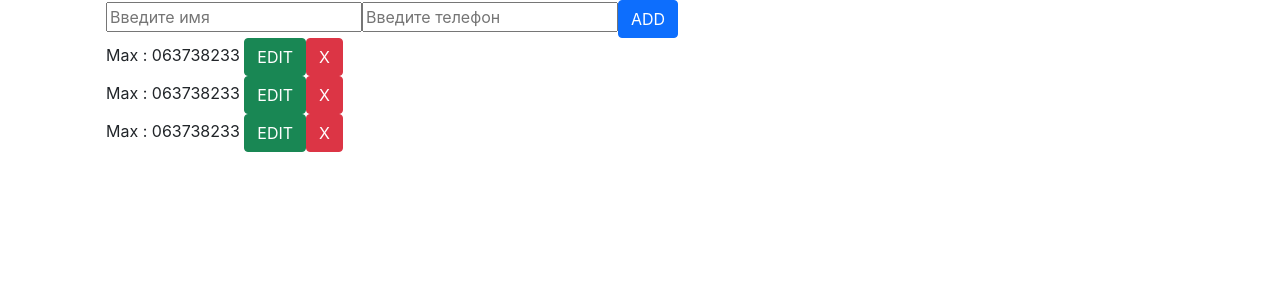
Repository: tsydikov/phone_book
Page: /
An editor plug-in stored every save of this project. The page is shown before and after the next save, followed by the edit.
The browser window is 1280 px wide. The pictures show the whole page.
The project was rebuilt for these pictures with package versions that can differ from the ones it lists, and the page was loaded fresh each time. Also part of the build but not shown: src/App.css.

Above is the page before, as saved 2021-10-07 20:46:56.

### public/index.html
<!DOCTYPE html>
<html lang="en">
  <head>
    <meta charset="utf-8" />
    <meta name="viewport" content="width=device-width, initial-scale=1" />
    <meta name="theme-color" content="#000000" />
    <link
      rel="stylesheet"
      href="https://cdn.jsdelivr.net/npm/bootstrap@5.1.1/dist/css/bootstrap.min.css"
      integrity="sha384-F3w7mX95PdgyTmZZMECAngseQB83DfGTowi0iMjiWaeVhAn4FJkqJByhZMI3AhiU"
      crossorigin="anonymous"
    />
    <title>Briz test</title>
  </head>
  <body>
    <noscript>You need to enable JavaScript to run this app.</noscript>
    <div id="root"></div>
  </body>
</html>

### src/index.js
import React from "react";
import ReactDOM from "react-dom";
import "./index.css";
import App from "./App";
import { Provider } from "react-redux";
import { store } from "./store/reducer";



ReactDOM.render(
  <Provider store={store}>
    <App />
  </Provider>,
  document.getElementById("root")
);

### src/App.js
import React from "react";
import { Button, Col, Container, Row } from "react-bootstrap";
import { useDispatch, useSelector } from "react-redux";
import "./App.css";
import Form from "./components/Form";
import PhoneList from "./components/PhoneList";

function App() {
  const disatch = useDispatch();
  const phoneBook = useSelector((state) => state.phoneBook);
  return (
    <Container>
      <Row>
        <Col>
          <Form />
        </Col>
      </Row>
      <Row>
        <Col>
          <PhoneList />
        </Col>
      </Row>
    </Container>
  );
}

export default App;

### src/store/reducer.js
import { createStore } from "redux";
import { CREATE, DELETE, UPDATE } from "./types";

const defaultState = {
  phoneBook: [
    { id: 1, name: "Max", phoneNamber: "063738233" },
    { id: 2, name: "Max", phoneNamber: "063738233" },
    { id: 3, name: "Max", phoneNamber: "063738233" },
  ],
};

const reducer = (state = defaultState, action) => {
  switch (action.type) {
    case CREATE:
      return { ...state, phoneBook: [...state.phoneBook, action.payload] };
    case DELETE:
      return {
        ...state,
        phoneBook: state.phoneBook.filter(
          (phone) => phone.id !== action.payload
        ),
      };
    case UPDATE:
      return state;
    default:
      return state;
  }
};

export const store = createStore(reducer);

### src/components/Form.jsx
import React, { useState } from "react";
import { Button, Container } from "react-bootstrap";
import { useDispatch } from "react-redux";
import { addItem } from "../store/actions";

const Form = () => {
  const [name, setName] = useState("");
  const [phone, setPhone] = useState("");
  const dispatch = useDispatch();
  const addNewPhoneBookItem = () => {
    const newItem = {
      id: Date.now(),
      name: name,
      phoneNamber: phone,
    };
    if (name && phone) {
      dispatch(addItem(newItem));
      setName("");
      setPhone("");
    } else alert('поле имя и телефон должно быть заполнено')
  };
  return (
    <Container>
      <input
      type="text"
        value={name}
        placeholder="Введите имя"
        onChange={(e) => setName(e.target.value)}
      />
      <input
      type="number"
        value={phone}
        placeholder="Введите телефон"
        onChange={(e) => setPhone(e.target.value)}
      />
      <Button onClick={addNewPhoneBookItem}>ADD</Button>
    </Container>
  );
};

export default Form;

### src/components/PhoneList.jsx
import React from 'react';
import { useSelector } from 'react-redux';
import PhoneItem from './PhoneItem';

const PhoneList = () => {
    const phoneBook = useSelector((state) => state.phoneBook);
    return (
        <div>
            {phoneBook.map(phone =>
                <PhoneItem key={phone.id} phone={phone} />
            )}

        </div>
    );
};

export default PhoneList;

### src/store/types.js
export const CREATE = "CREATE";
export const UPDATE = "UPDATE";
export const DELETE = "DELETE";

### src/store/actions.js
import { CREATE, DELETE, UPDATE } from "./types";

export const addItem = (item) => ({ type: CREATE, payload: item });
export const deleteItem = (id) => ({ type: DELETE, payload: id });
export const updateItem = (item) => ({ type: UPDATE, payload: item });

### src/components/PhoneItem.jsx
import React from "react";
import { Button, Col, Container, Row } from "react-bootstrap";
import { useDispatch } from "react-redux";
import { deleteItem } from "../store/actions";

const PhoneItem = ({ phone }) => {
  const dispatch = useDispatch();
  const deletePhoneBookItem = () => {
    dispatch(deleteItem(phone.id));
  };
  return (
    <Container>
      <Row>
        <Col>
          {phone.name} : {phone.phoneNamber}{" "}
          <Button variant="success">
            EDIT
          </Button>
          <Button variant="danger" onClick={deletePhoneBookItem}>
            X
          </Button>
        </Col>
      </Row>
    </Container>
  );
};

export default PhoneItem;

Loaded but not shown: src/index.css (common file)

After the next save:
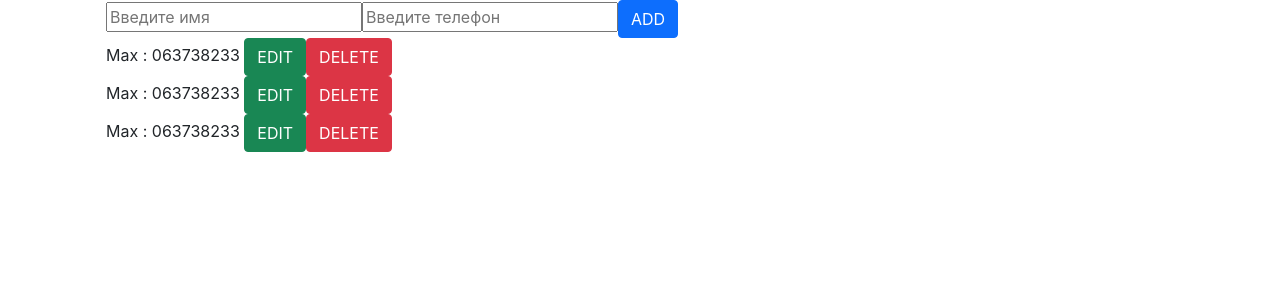
Saved 12 s later.
--- a/src/components/PhoneItem.jsx
+++ b/src/components/PhoneItem.jsx
@@ -17,7 +17,7 @@ const PhoneItem = ({ phone }) => {
             EDIT
           </Button>
           <Button variant="danger" onClick={deletePhoneBookItem}>
-            X
+            DELETE
           </Button>
         </Col>
       </Row>
